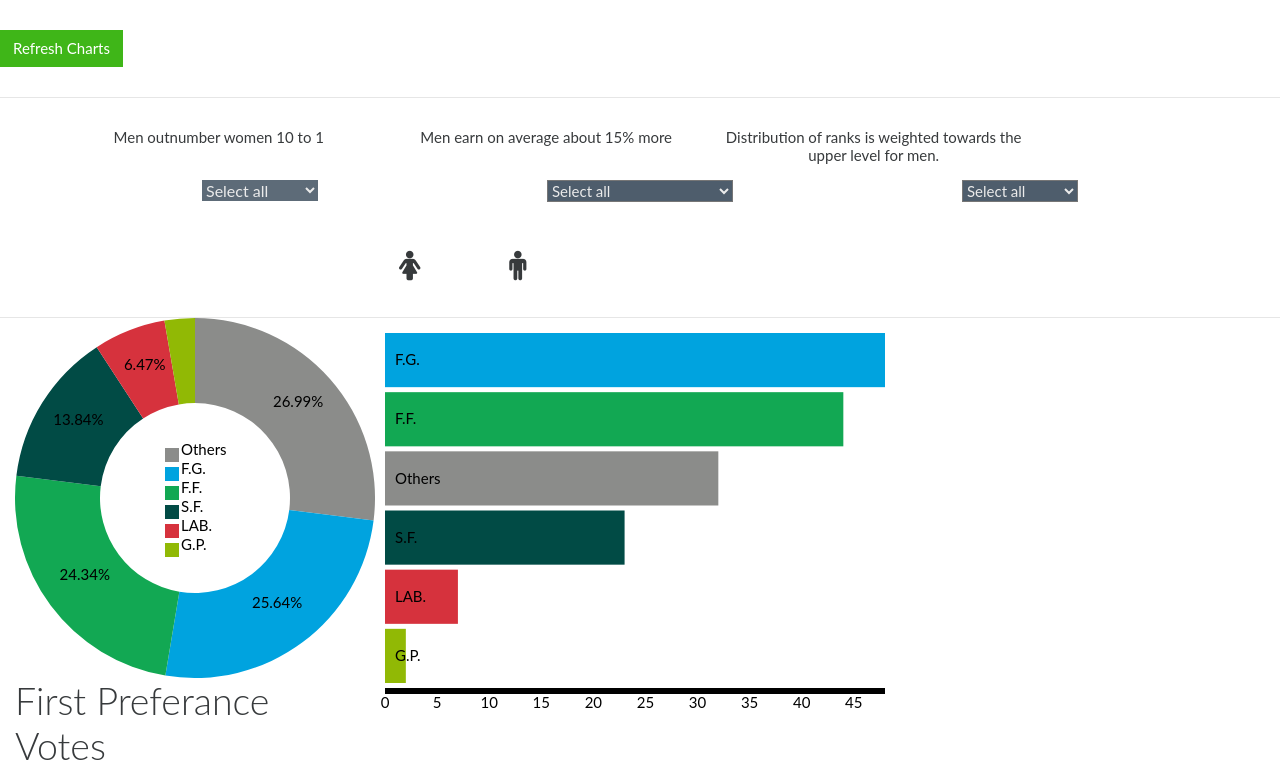
Repository: pauldardis/project-2-test
Page: index.html
The author's editor kept a record of every edit. The page is drawn from the files as they stood at one moment, then again after the next edit.
The browser window is 1280 px wide. The pictures show the whole page.

Above is the page before.
Console error: TypeError: Cannot read properties of null (reading 'textContent')

### index.html
<!DOCTYPE html>
<html lang="en">

<head>
    <meta charset="UTF-8">
    <meta name="viewport" content="width=device-width, initial-scale=1.0">
    <meta http-equiv="X-UA-Compatible" content="ie=edge">
    <title>Dashboard</title>

    <link rel="stylesheet" href="assets/css/bootstrap.min.css" type="text/css" />
    <!--<link rel="stylesheet" href="assets/css/dc.min.css" type="text/css" />-->
    <link rel="stylesheet" type="text/css" href="https://maxcdn.bootstrapcdn.com/font-awesome/4.7.0/css/font-awesome.min.css">
    <link rel="stylesheet" href="assets/css/style.css" type="text/css" />


    <script type="text/javascript" src="assets/js/d3.min.js"></script>
    <script type="text/javascript" src="assets/js/crossfilter.min.js"></script>
    <script type="text/javascript" src="assets/js/dc.min.js"></script>
    <script type="text/javascript" src="assets/js/queue.min.js"></script>
    <script type="text/javascript" src="assets/js/graps.js"></script>

</head>

<body>

    <section class="section">
        <div id="refresh-button">
            <button type="submit" class="btn btn-success" onClick="refreshPage()">Refresh Charts</button>
        </div>
    </section>




    <section class="section">
        <div class="container">
            <div class="row">
                <div class="row">
                    <div class="col-xs-12 col-sm-4 text-center">
                        <p class="section-paragraph">Men outnumber women 10 to 1</p>
                    </div>
                    <div class="col-xs-12 col-sm-4 text-center">
                        <p class="section-paragraph">Men earn on average about 15% more</p>
                    </div>
                    <div class="col-xs-12 col-sm-4 text-center">
                        <p class="section-paragraph">Distribution of ranks is weighted towards the upper level for men.</p>
                    </div>
                </div>
                <div class="container">
                    <div class="row">
                        <div class="col-xs-12 col-sm-4 col-md-4 col-lg-4 text-center custom-chart" id="region-selector"></div>
                        <div class="col-xs-12 col-sm-4 col-md-4 col-lg-4 text-center custom-chart" id="constituency-selector"></div>
                        <div class="col-xs-12 col-sm-4 col-md-4 col-lg-4 text-center custom-chart" id="elected-selector"></div>
                    </div>
                </div>
            </div>
        </div>
        <div class="row col-12"></div>
        <div class="col-xs-12 col-sm-12 col-lg-12 gender-box">
            <i class="fa fa-female fa-gender" aria-hidden="true"></i> <span class="number-box" id="percent-of-women-professors"></span>
            <i class="fa fa-male fa-gender" aria-hidden="true"></i> <span class="number-box" id="percent-of-men-professors"></span>
        </div>
    </section>

    <section>
        <div class="container-fluid">
            <div class="row">
                <div class="col-xs-12 col-sm-6 col-md-3 col-lg-3">
                    <div>
                        <div>
                            <div class=" " id="party_first_preference_graphs"></div>
                            <h1>First Preferance Votes</h1>
                        </div>
                    </div>
                </div>
                <div class="col-xs-12 col-sm-6 col-md-3 col-lg-3">
                    <div>
                        <div>
                            <div class="" id="candidate-graph"></div>
                        </div>
                    </div>
                </div>
                <div class="col-xs-12 col-sm-6 col-md-3 col-lg-3">
                    <div>
                        <div>
                            <div class="" id="xx">
                            </div>
                        </div>
                    </div>
                </div>
                <div class="col-xs-12 col-sm-6 col-md-3 col-lg-3">
                    <div>
                        <div>
                            <!--<div class="" id="candidate-graph">-->
                            </div>
                        </div>
                    </div>
                </div>
            </div>
    </section>



<!--<div class="" id="candidate-graph"></div>-->
<!--<div class="" id="candidate-graph-v2"></div>-->







    <!--<div class="col-xs-12 col-sm-6 col-md-3 col-lg-3 " id="party_first_preference_graphs"></div>-->
    <!--<div class="col-xs-12 col-sm-6 col-md-3 col-lg-3 text-center" id="party_total_votes_graphs"></div>-->
    <!--<div class="col-xs-12 col-sm-6 col-md-3 col-lg-3 text-center" id="candidate-first-preferance-graph"></div>-->
    <!--<div class="col-xs-12 col-sm-6 col-md-3 col-lg-3 text-center" id="candidate-total-votes-graph"></div>-->


    <section>
        <div class="container">
            <div class="row">
                <!--<div class="col-xs-12 col-sm-4 text-center" id="candidate-first-preferance-graph"></div>-->
                <!--<div class="col-xs-12 col-sm-4 text-center" id="candidate-total-votes-graph"></div>-->
            </div>
        </div>
    </section>








</body>

</html>

### assets/css/style.css
.gender-box {
	display: block;
	margin-left: auto;
	margin-right: auto;
	width: 40%;
}


.graph-box {
	display: block;
	margin-left: auto;
	margin-right: auto;
}


/*This removes the gridlines on the row chart but causes issue with x axesis */
/*.tick  { */
/*    display: none;*/
/*     }*/








/*.row {*/
/*	margin: 0px;*/
/*	padding: 0px;*/
/*}*/

/*.container {*/
/*	margin: 0px;*/
/*	padding: 0px;*/
/*}*/








.navbar-default {
	background-image: none;
	margin-bottom: 0;
}

.section-heading,
#discipline-selector {
	display: inline-block;
	float: none;
	margin: 0;
}

.section-heading {
	margin-bottom: 50px;
}

#discipline-selector {
	margin-left: 15px;
}

.number-box {
	margin-right: 75px;
}

.number-box,
.fa.fa-gender {
	font-size: 30px;
	font-weight: 500;
}

.fa-gender {
	margin-right: 10px;
}

.custom-chart {
	margin-bottom: 40px;
}

.section {
	border-bottom: 1px solid #e6e6e6;
	padding: 30px 0;
}

.section-paragraph {
	line-height: 1.2;
}

@import url("https://fonts.googleapis.com/css?family=Lato:300,400&display=swap");

/* BODY & HTML */
body {
    font-family: "Lato", sans-serif;
    font-weight: 400;
}

body,
html {
    width: 100%;
    height: 100%;
    padding: 0;
    margin: 0;
}

/* HEADINGS */
/* Styling of the dashboard title */

h1 {
    margin: 0;
}

/* Styling of heading 2 */

h2 {
    font-size: 1rem;
    font-weight: 300;
    margin-bottom: 0;
    margin-top: 15px;
}

/* SPINNER */
/* Spinner on data loading
spinner animation found on CodePen: https://codepen.io/judecodes/pen/PrBOvG?&page=1 */

.loader {
    z-index: 99;
    width: 200px;
    height: 200px;
    border-radius: 50%;
    border-top: 2px solid #2477b4;
    border-bottom: 2px solid transparent;
    border-left: 2px solid transparent;
    border-right: 2px solid transparent;
    animation: spin 3s linear infinite forwards;

    position: absolute;
    top: 0;
    bottom: 0;
    left: 0;
    right: 0;
    margin: auto;
}

.loader::before,
.loader::after {
    content: "";
    position: absolute;
    border-radius: 50%;
    border-top: 2px solid #2477b4;
    border-bottom: 2px solid transparent;
    border-left: 2px solid transparent;
    border-right: 2px solid transparent;
}

.loader::before {
    top: 7px;
    left: 7px;
    width: 178px;
    height: 178px;
    border-top: 2px solid #e6562e;
    animation: spin 2s linear infinite forwards;
}

.loader::after {
    top: 16px;
    left: 16px;
    width: 160px;
    height: 160px;
    border-top: 2px solid #f2893c;
    animation: spin 1s linear infinite forwards;
}

@keyframes spin {
    to {
        transform: rotate(360deg);
    }
}

/* Overlay styled to dim the background for spinner */

#overlay {
    z-index: 98;
    position: fixed;
    top: 0;
    left: 0;
    height: 100%;
    width: 100%;
    background: rgba(0, 0, 0, .5);
}

/* BACK TO TOP BUTTON */
/* Back to top button inspired by this Codepen solution: https://codepen.io/matthewcain/pen/ZepbeR */

#button {
    display: inline-block;
    background-color: transparent;
    color: #DF691A;
    border: 1px solid #DF691A;
    width: 50px;
    height: 50px;
    text-align: center;
    border-radius: 3px;
    position: fixed;
    bottom: 30px;
    right: 30px;
    transition: background-color .3s,
    opacity .5s, visibility .5s;
    opacity: 0;
    visibility: hidden;
    z-index: 97;
}

#button::after {
    content: "\f077";
    font-family: FontAwesome;
    font-weight: normal;
    font-style: normal;
    font-size: 2em;
    line-height: 50px;
}

#button:active {
    color: #ffffff;
    background-color: #DF691A;
}

#button.show {
    opacity: 1;
    visibility: visible;
}

/* REGIONAL SELECTOR */
/* Region selector menu styling */

#region-selector select {
    background: #5d6b78;
    border: #445360;
    color: #ebebeb;
    font-size: 1rem;
}

/* Select menu styling to match bootstrap theme */

select {
    background: #4e5d6c;
    color: #ebebeb;
}

/* CARDS */
/* Increasing size of font awesome icons */

.fa {
    font-size: 3rem;
}


/* Styles for tiles/cards */

.tile-s1,
.tile-s2,
.tile-s3 {
    max-width: 45rem;
}

.tile-s3 {
    min-height: 20rem;
}

.tile-s3 span {
    font-size: 1.5rem;
}

.tile-s4 {
    max-width: 70rem;
}

/* Card titles and filter label styled to uppercase */

.card-header,
.selector-label {
    text-transform: uppercase;
}

/* Number box font size increased to make it more prominent */

.number-box span {
    font-size: 1.5rem;
}

/* Shadow added to the chart tiles */

.shadow-box {
    box-shadow: 4px 4px 7px 0px rgba(61, 78, 94, 1);
}

/* Charts styling to fix the issue of responsiveness */

#composite-hour,
#composite-month {
    height: 300px;
    width: 750px;
}

/* Increasing the size of a viewbox so charts are bigger */

#accidents-severity,
#rd-type-split {
    height: 400px;
    width: 460px;
}

#severity-distribution {
    height: 400px;
    width: 380px;
}

/* DATA COUNT & RESET
/* Changing default margins to create some space between count feature and other sections */

.dc-data-count {
    margin: 10px 0;
}

/* Reset button  - border-radius added to match back0to0top button and shadow box removed*/

#reset-button {
    border-radius: 3px;
}

#reset-button:focus {
    box-shadow: none;
}

/* FOOTER */
/* adding margin so footer ellements have some space inbetween on smaller devices */

.footer-item {
    margin-bottom: 10px;
}

/* Underlining removed from all links */

a:hover {
    text-decoration: none;
}

/* MEDIA QUERIES */

@media only screen and (min-width: 1200px) {

    .tile-s2 {
        min-height: 30rem;
    }

}

@media only screen and (max-width: 1200px) {

    h1 {
        font-size: 1.9rem;
    }

    #stacked-chart {
        max-width: 70rem;
    }

}

@media only screen and (max-width: 992px) {

    .card-header {
        font-size: 0.7rem;
    }

    .number-box span {
        font-size: 1.2rem;
    }

}

/* media query created to make number display element look better, to add more space between the chart and the number */

@media only screen and (max-width: 767px) {

    .number-box span {
        font-size: 1.5rem;
    }

    .card-header,
    .selector-label {
        font-size: 0.8rem;
    }

    #accidents-severity,
    #rd-type-split {
        height: 360px;
        width: 440px;
    }

    #severity-distribution {
        height: 370px;
        width: 360px;
    }

}

/* Adjustments to font sizes to avoid line break */

@media only screen and (max-width: 576px) {

    h1 {
        font-size: 2rem;
    }

    .card-header,
    .selector-label {
        font-size: 1rem;
    }

    .navbar-brand {
        font-size: 1rem;
    }

    /* height adjusted to reduce space at top and the bottom of the chart (within the card) */
    #composite-hour,
    #composite-month {
        height: 120px;
    }

    #accidents-severity,
    #rd-type-split {
        height: 260px;
    }

}

@media only screen and (max-width: 375px) {

    #severity-distribution {
        height: 250px;
    }

}

/* Solution to sticky hover on mobile devices found here: https://medium.com/@ferie/detect-a-touch-device-with-only-css-9f8e30fa1134 */

@media (hover: hover) {

    #button:hover {
        cursor: pointer;
        background-color: #DF691A;
        color: #ffffff;
    }

}

### assets/js/graps.js
queue()
    .defer(d3.csv, "assets/data/election-2016.csv")
    .await(makeGraphs);



function makeGraphs(error, salesData) {
    var ndx = crossfilter(salesData);



    // these are the working graphs
    region_selector(ndx);
    constituency_selector(ndx);
    elected_selector(ndx);
    show_count_elected_by_gender(ndx, "F", "#count-of-women-elected");
    show_count_elected_by_gender(ndx, "M", "#count-of-men-elected");
    show_count_candidate_gender(ndx, "F", "#count-of-women-elected_1");
    show_count_candidate_gender(ndx, "M", "#count-of-men-elected_1");
    party_first_preference_graphs(ndx);
    candidate_graphs(ndx);






    // these are the graphs in test

    party_total_votes_graphs(ndx);
    candidate_first_preferance_graphs(ndx);
    candidate_total_votes_graphs(ndx);
    candidate_graphs_v2(ndx);


    dc.renderAll();
}


// This is the working section



function refreshPage() {
    window.location.reload();
}

function region_selector(ndx) {
    var dim = ndx.dimension(dc.pluck('Region'));
    group = dim.group();

    dc.selectMenu("#region-selector")
        .dimension(dim)
        .group(group);
}

function constituency_selector(ndx) {
    var dim = ndx.dimension(dc.pluck('Constituency_Name'));
    group = dim.group();

    dc.selectMenu("#constituency-selector")
        .dimension(dim)
        .group(group);
}

function elected_selector(ndx) {
    var dim = ndx.dimension(dc.pluck('Result'));
    group = dim.group();

    dc.selectMenu("#elected-selector")
        .dimension(dim)
        .group(group);
}















function party_first_preference_graphs(ndx) {

    var dim = ndx.dimension(dc.pluck('Party_Abbreviation'));
    var group = dim.group().reduceSum(dc.pluck('Count_1'));

    dc.pieChart('#party_first_preference_graphs')
        .height(360)
        .width(360)
        .innerRadius(95)
        .transitionDuration(1500)
        .colors(d3.scale.ordinal().range(["#8B8C8A", "#00A3DF", "#12A853", "#014B45", "#D6323D", "#91B905"]))
        .dimension(dim)
        .renderLabel(true)
        .legend(dc.legend().x(150).y(130).itemHeight(14).gap(5))
        .title(function(d) {
            return d.key + ": " + ((d.value / d3.sum(group.all(),
                function(d) { return d.value; })) * 100).toFixed(2) + "%";
        })
        .on("pretransition", function(chart) {
            chart.selectAll("text.pie-slice").text(function(d) {
                if (dc.utils.printSingleValue(
                        (d.endAngle - d.startAngle) /
                        (2 * Math.PI) * 100) >= 6) {
                    return dc.utils.printSingleValue(
                        (d.endAngle - d.startAngle) /
                        (2 * Math.PI) * 100) + "%";
                }
            })
        })
        .group(group);
}


function candidate_graphs(ndx) {
    var dim = ndx.dimension(dc.pluck('Party_Abbreviation'));
    var group = dim.group().reduceSum(dc.pluck('Seat'));

    dc.rowChart("#candidate-graph")
        .width(600)
        .height(400)
        .colors(d3.scale.ordinal().range(["#00A3DF", "#12A853", "#8B8C8A", "#014B45", "#D6323D", "#91B905"]))
        .margins({ top: 10, right: 50, bottom: 30, left: 50 })
        .dimension(dim)
        .transitionDuration(1500)
        .elasticX(true)
        .group(group);
}



function show_count_elected_by_gender(ndx, gender, element) {
    var countThatAreElected = ndx.groupAll().reduce(
        function(p, v) {
            if (v.Gender === gender) {
                p.count++;
                if (v.Result === "Elected") {
                    p.are_elected++;
                }
            }
            return p;
        },
        function(p, v) {
            if (v.Gender === gender) {
                p.count--;
                if (v.Result === "Elected") {
                    p.are_elected--;
                }
            }
            return p;
        },
        function() {
            return { count: 0, are_elected: 0 };
        },
    );


    dc.numberDisplay(element)
        // .formatNumber(d3.format("2.s"))
        .valueAccessor(function(d) {
            if (d.count == 0) {
                return 0;
            }
            else {
                return (d.are_elected);
            }
        })
        .transitionDuration(1500)
        .group(countThatAreElected)
}




































//this is the testing section


function show_count_candidate_gender(ndx, gender, element) {
    var countThatArecandidate = ndx.groupAll().reduce(
        function(p, v) {
            if (v.Gender === gender) {
                p.count++;
                if (v.Result === "Excluded") {
                    p.are_excluded++;
                }
            }
            return p;
        },
        function(p, v) {
            if (v.Gender === gender) {
                p.count--;
                if (v.Result === "Excluded") {
                    p.are_excluded--;
                }
            }
            return p;
        },
        function() {
            return { count: 0, are_excluded: 0 };
        },
    );


    dc.numberDisplay(element)
        // .formatNumber(d3.format("2.s"))
        .valueAccessor(function(d) {
            if (d.count == 0) {
                return 0;
            }
            else {
                return (d.are_excluded);
            }
        })
        .transitionDuration(1500)
        .group(countThatArecandidate)
}





function candidate_graphs_v2(ndx) {

    var partyColors = d3.scale.ordinal()
        .domain(["F.G.", "F.F.", "Others", "S.F.", "LAB.", "G.P."])
        .range(["pink", "blue", "red", "yellow", "black", "green"]);

    var dim = ndx.dimension(dc.pluck('Party_Abbreviation'));
    var group = dim.group().reduceSum(dc.pluck('Seat'));


    var party_color = ndx.dimension(function(d) {
        return [d.Party_Abbreviation, d.Seat];
    });

    var partyGroup = party_color.group();

    // console.log(group.all());


    dc.barChart("#candidate-graph-v2")
        .width(1000)
        .height(300)
        .margins({ top: 10, right: 50, bottom: 30, left: 50 })
        .dimension(dim)
        // .colorAccessor(function(d) {
        //     return d.key[0];
        // })
        .colors(d3.scale.ordinal().range(["#e6550e", "#fd8c3d", "#3182bc", "#fd8c3d", "#fd8c3d", "#fd8c3d", "#fd8c3d"]))
        .group(group)
        .x(d3.scale.ordinal())
        .xUnits(dc.units.ordinal)
        .elasticY(true)
        .xAxisLabel("Region")
        .yAxis().ticks(10);


}


function party_total_votes_graphs(ndx) {
    var dim = ndx.dimension(dc.pluck('Party_Abbreviation'));
    var group = dim.group().reduceSum(dc.pluck('Seat'));

    dc.pieChart('#party_total_votes_graphs') /* targeting the div where we want the pie chart*/
        .height(360)
        .width(360)
        .innerRadius(95)
        .transitionDuration(1500)
        // .colors(d3.scale.ordinal().range(["#3182bc", "#fd8c3d", "#e6550e"]))
        .dimension(dim)
        .renderLabel(true)
        .legend(dc.legend().x(150).y(130).itemHeight(14).gap(5))
        // .radius(360)
        .group(group)
        .title();
}















// function party_total_votes_graphs(ndx) {

//     var dim = ndx.dimension(dc.pluck('Party_Abbreviation'));
//     var group = dim.group().reduceSum(dc.pluck('Total_Votes'));

//     dc.pieChart('#party_total_votes_graphs') /* targeting the div where we want the pie chart*/
//         .height(360)
//         .width(360)
//         .innerRadius(95)
//         .transitionDuration(1500)
//         // .colors(d3.scale.ordinal().range(["#3182bc", "#fd8c3d", "#e6550e"]))
//         .dimension(dim)
//         .renderLabel(true)
//         .legend(dc.legend().x(110).y(150).itemHeight(13).gap(5))
//         // .title(function(d) {
//         //     return d.key + ": " + ((d.value / d3.sum(group.all(),
//         //         function(d) { return d.value; })) * 100).toFixed(0) + "%";
//         // })
//         .on("pretransition", function(chart)
//         {
//             chart.selectAll("text.pie-slice").text(function(d) {
//                 if (dc.utils.printSingleValue(
//                         (d.endAngle - d.startAngle) /
//                         (2 * Math.PI) * 100) >= 6) {
//                     return dc.utils.printSingleValue(
//                         (d.endAngle - d.startAngle) /
//                         (2 * Math.PI) * 100) + "%";
//                 }
//             }
//             )
//             chart.select("svg")
//                 .attr("height", "100%")
//                 .attr("width", "100%")
//                 .attr("viewBox", "0 0 360 360");
//             chart.selectAll(".dc-legend-item text")
//                 .attr("fill", "#1D47FF")
//                 .text("")
//                 .append("tspan")
//                 .text(function(d) { return d.name; })
//                 .attr("x", 70)
//                 .attr("text-anchor", "end");
//         })
//         .group(group);
// }










function candidate_first_preferance_graphs(ndx) {
    var dim = ndx.dimension(dc.pluck('Candidate'));
    var group = dim.group().reduceSum(dc.pluck('Count_1'));


    dc.pieChart('#candidate-first-preferance-graph') /* targeting the div where we want the pie chart*/
        .height(360)
        .width(360)
        .radius(360)
        .innerRadius(95)
        .transitionDuration(1500)
        .dimension(dim)
        .group(group);
}

function candidate_total_votes_graphs(ndx) {
    var dim = ndx.dimension(dc.pluck('Candidate'));
    var group = dim.group().reduceSum(dc.pluck('Total_Votes'));


    dc.pieChart('#candidate-total-votes-graph') /* targeting the div where we want the pie chart*/
        .height(250)
        .radius(100)
        .innerRadius(30)
        .transitionDuration(1500)
        .dimension(dim)
        .group(group);
}












// Everything under here is in test















































// function show_revenue_graphs(ndx) {
//     var dim = ndx.dimension(dc.pluck('Candidate'));
//     var group = dim.group().reduceSum(dc.pluck('Total_Votes'));
//     // var group = dim.group();

//     dc.rowChart("#revenue-graph")
//         .width(600)
//         .height(2000)
//         .margins({ top: 10, right: 50, bottom: 30, left: 50 })
//         .dimension(dim)
//         .group(group);
// .transitionDuration(500)
// .x(d3.scale.ordinal())
// .xUnits(dc.units.ordinal)
// .elasticY(true)
// .xAxisLabel("Region")
// .yAxis().ticks(10);


// }


// function candidate_graphs(ndx) {
//     var dim = ndx.dimension(dc.pluck('Candidate'));
//     var group = dim.group().reduceSum(dc.pluck('Constituency_Name'));

//     dc.barChart("#candidate-graph")
//         .width(600)
//         .height(300)
//         .margins({ top: 10, right: 50, bottom: 30, left: 50 })
//         .dimension(dim)
//         .group(group)
//         .transitionDuration(500)
//         .x(d3.scale.ordinal())
//         .xUnits(dc.units.ordinal)
//         .elasticY(true)
//         .xAxisLabel("Region")
//         .yAxis().ticks(10);

// }

Loaded but not shown: assets/css/bootstrap.min.css (library); assets/js/d3.min.js (library); assets/js/crossfilter.min.js (library); assets/js/dc.min.js (library); assets/js/queue.min.js (common file)

After the next edit:
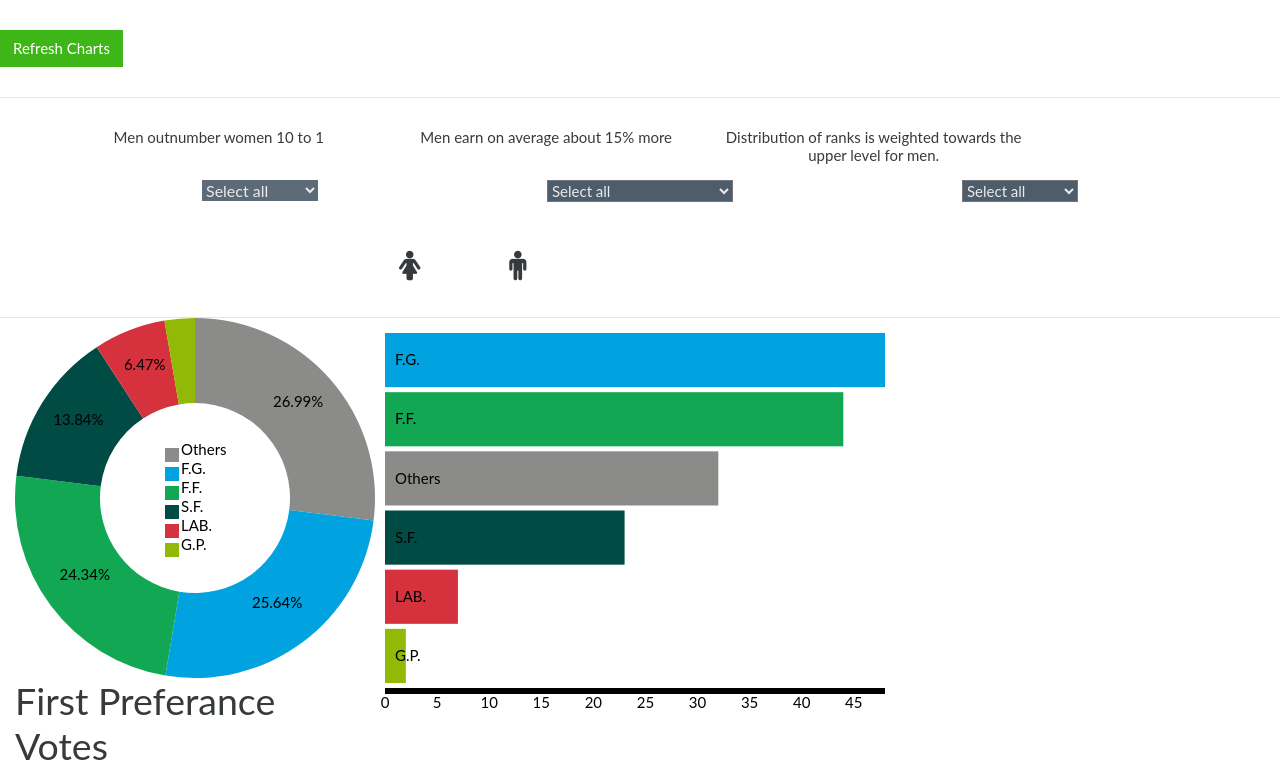
The edit:
--- a/index.html
+++ b/index.html
@@ -69,7 +69,7 @@
                     <div>
                         <div>
                             <div class=" " id="party_first_preference_graphs"></div>
-                            <h1>First Preferance Votes</h1>
+                            <h1><strong>First Preferance Votes</strong></h1>
                         </div>
                     </div>
                 </div>
